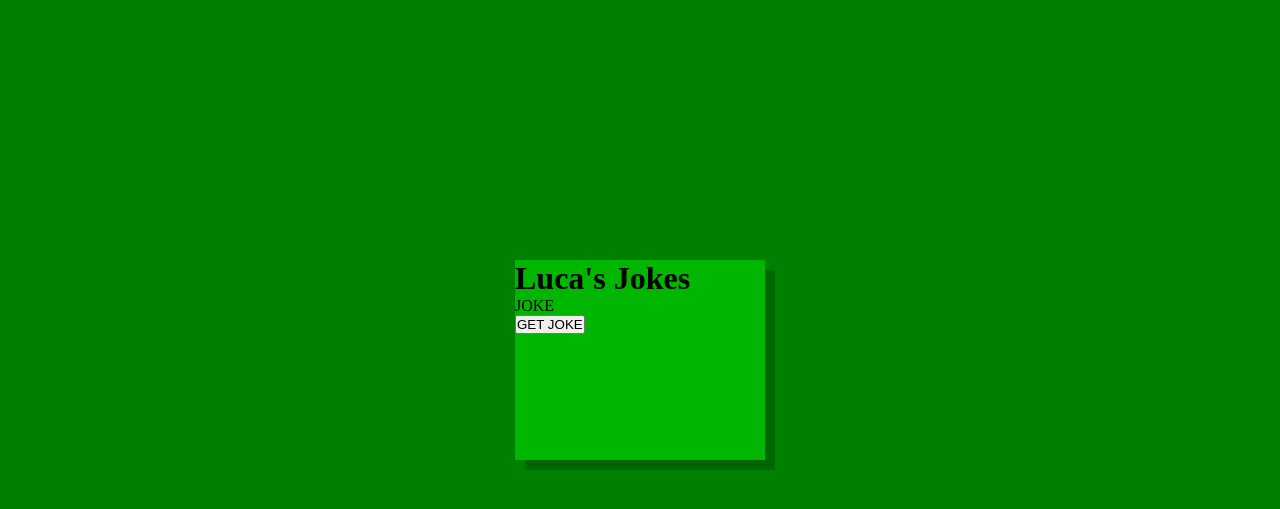
Repository: SerbanLuca/ChuckNorrisJokes-app
Page: /
The author's editor kept a copy of each file at every save. The page is drawn from the files as they stood at one save, then again after the next save.
The browser window is 1280 px wide. The pictures show the whole page.
The project was rebuilt for these pictures with package versions that can differ from the ones it lists, and the page was loaded fresh each time.

Above is the page before, as saved 2021-04-07 13:48:13.

### src/App.js
import './App.css';
import React, {useState, useEffect} from 'react';

const API_KEY = `https://api.chucknorris.io/jokes/random`;

function App() {

  return (
    <>
      <div className="container">
        <h1>Luca's Jokes</h1>
        <p>JOKE</p>
        <button className="button">GET JOKE</button>
      </div>
    </>
  );
}

export default App;

### src/App.css
*
{
  box-sizing:border-box;
  padding: 0;
  margin: 0;
}

#root
{
  display: flex;
  justify-content: center;
  align-items: center;
  min-height: 100vh;

}

.container
{
  background-color: rgb(0, 182, 0);
  width: 250px;
  height: 200px;
  box-shadow: 10px 10px rgba(0,0,0,0.2);
}

body
{
  background-color: green;
}

Loaded but not shown: public/index.html (common file); src/index.js (common file)

After the next save:
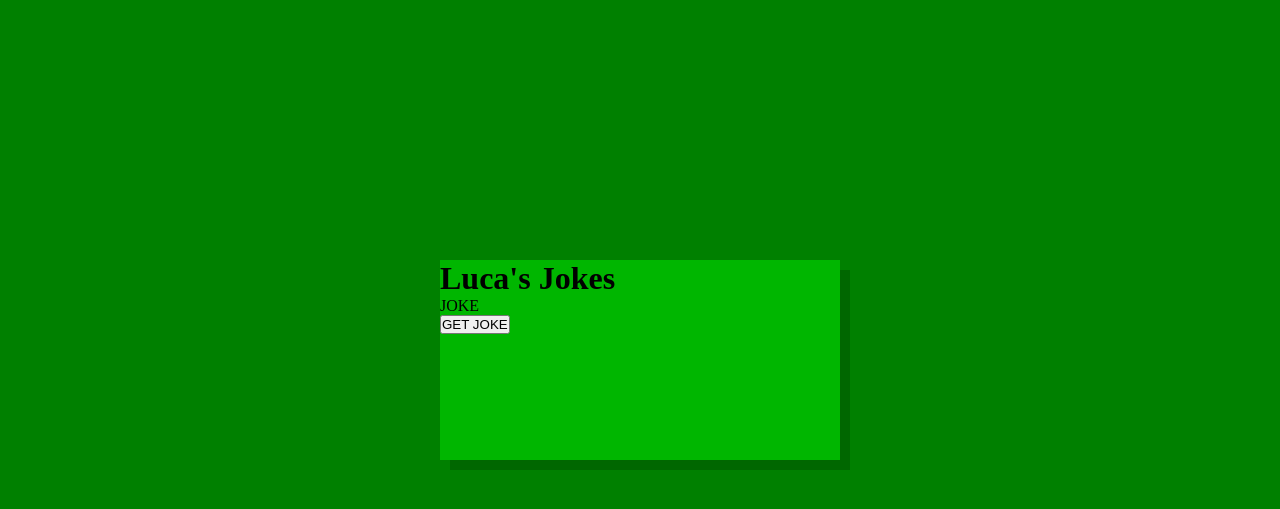
Saved 21 s later.
--- a/src/App.css
+++ b/src/App.css
@@ -17,7 +17,7 @@
 .container
 {
   background-color: rgb(0, 182, 0);
-  width: 250px;
+  width: 400px;
   height: 200px;
   box-shadow: 10px 10px rgba(0,0,0,0.2);
 }
